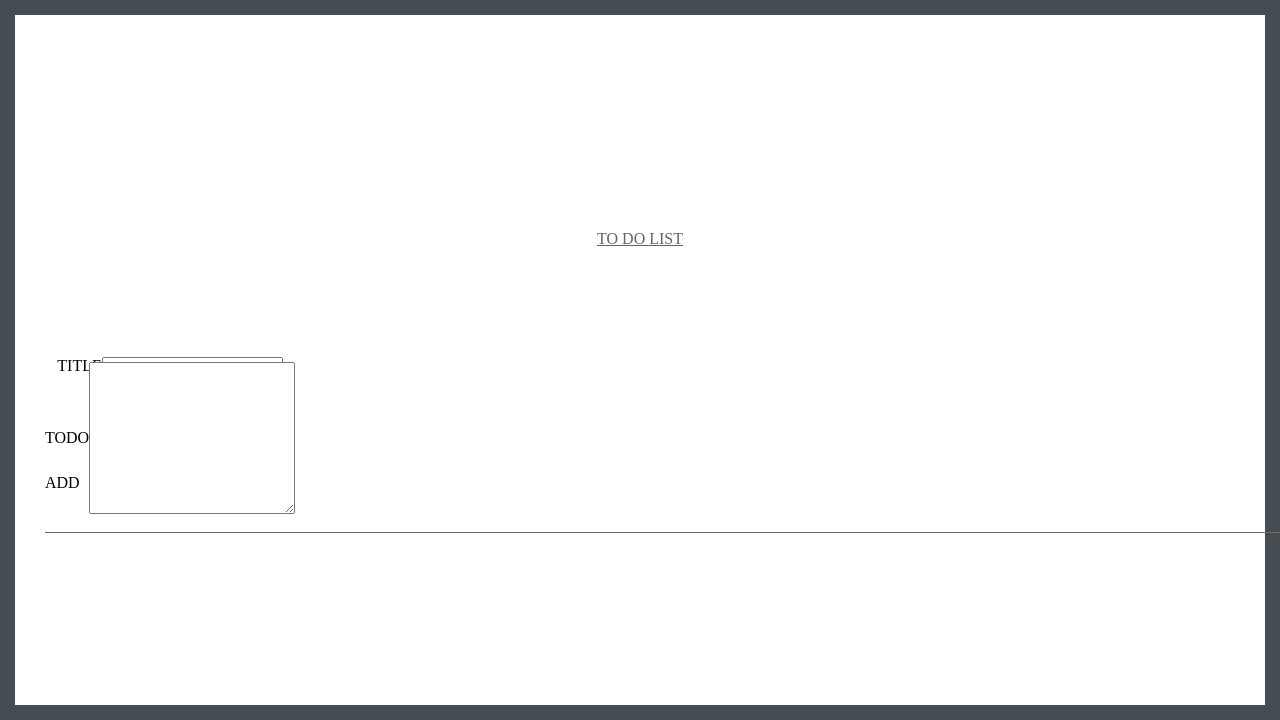
Repository: NagataRyuji0630/shinjin-otameshi
Page: todo_white_board.html
An editor plug-in stored every save of this project. The page is shown before and after the next save, followed by the edit.
The browser window is 1280 px wide. The pictures show the whole page.

Above is the page before, as saved 2020-06-11 22:41:03.
Not found: todoWhiteBoard.js

After the next save:
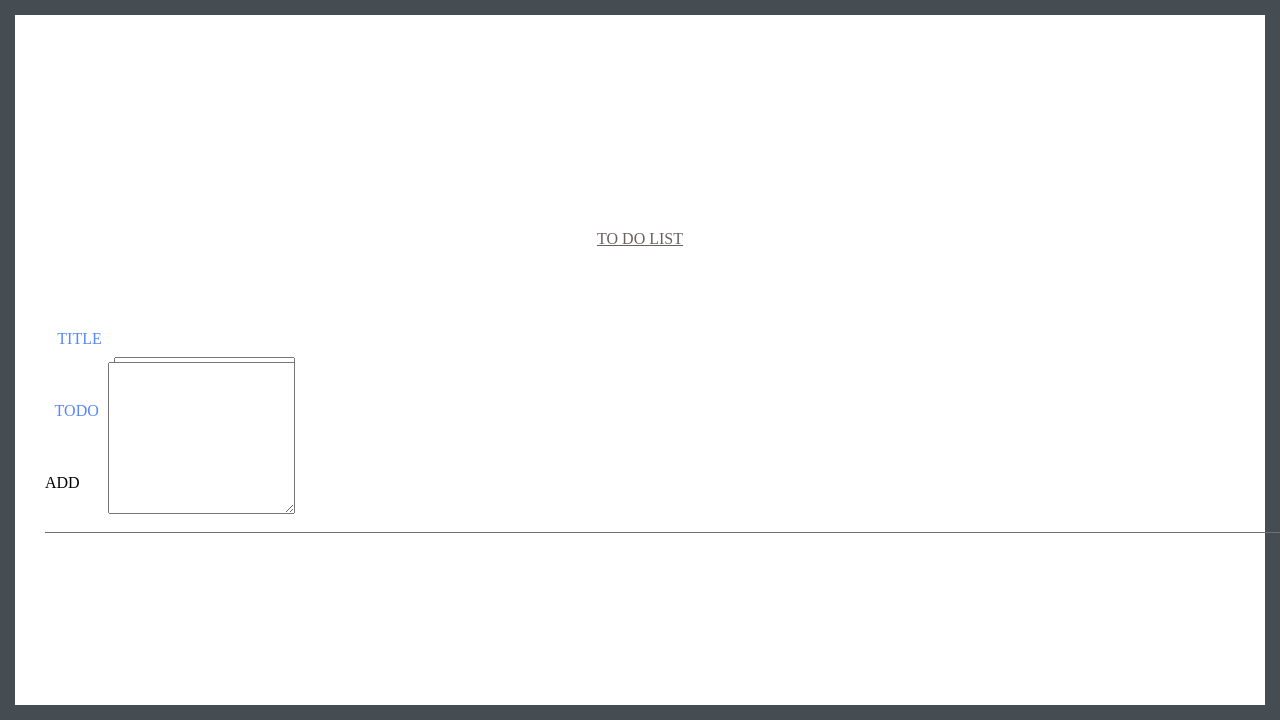
Saved 82 s later.
--- a/todo_white_board.css
+++ b/todo_white_board.css
@@ -65,3 +65,12 @@
     width: 20%;
     height: 30%;
 }
+
+.input_title {
+    width: 35%;
+    height: 100%;
+    text-align: center;
+    font: Bold 20px;
+    letter-spacing: 0px;
+    color: #5887F9;
+}
